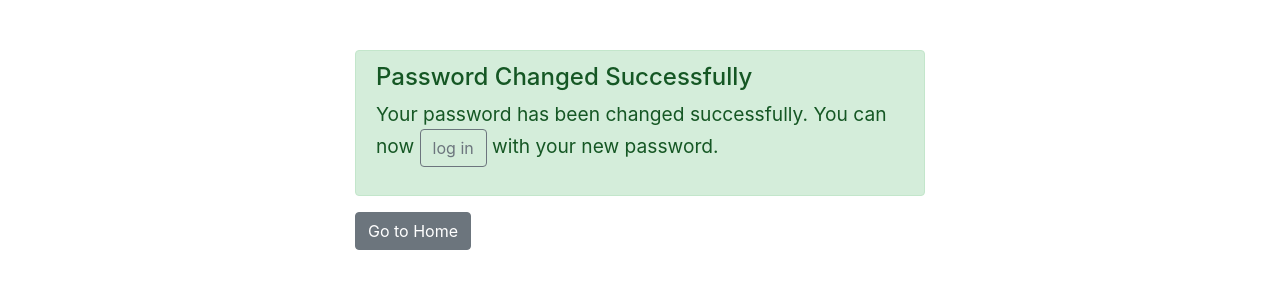
Repository: nyeinsu4520/tourland
Page: http://localhost/password-changed
These files come from the project's save history. The page is drawn as it stood at one moment and after the next save; the edit follows.
The browser window is 1280 px wide. The pictures show the whole page.
The page is this project's Thymeleaf template; nobody is signed in. The template is opened directly, without the code that normally fills it, so the values that code supplies are empty.

Above is the page before, as saved 2024-07-19 10:09:41.

### Tourland/src/main/resources/templates/password-changed.html
<!DOCTYPE html>
<html xmlns:th="http://www.thymeleaf.org">
<head>
    <title>Password Changed</title>
    <!-- Bootstrap CSS -->
    <link href="https://stackpath.bootstrapcdn.com/bootstrap/4.3.1/css/bootstrap.min.css" rel="stylesheet">
    <!-- Custom CSS for additional styling -->
    <style>
        .container {
            max-width: 600px;
            margin-top: 50px;
        }
        .alert-success {
            font-size: 1.2em;
        }
    </style>
</head>
<body>
    <div class="container">
        <div class="alert alert-success" role="alert">
            <h4 class="alert-heading">Password Changed Successfully</h4>
            <p>Your password has been changed successfully. You can now  <a th:href="@{/login}" class="btn btn-outline-secondary">log in</a> with your new password.</p>
        </div>
        <a th:href="@{/}" class="btn btn-secondary">Go to Home</a>
    </div>
    <!-- Bootstrap JS, Popper.js, and jQuery -->
    <script src="https://code.jquery.com/jquery-3.3.1.slim.min.js"></script>
    <script src="https://cdnjs.cloudflare.com/ajax/libs/popper.js/1.14.7/umd/popper.min.js"></script>
    <script src="https://stackpath.bootstrapcdn.com/bootstrap/4.3.1/js/bootstrap.min.js"></script>
</body>
</html>

After the next save:
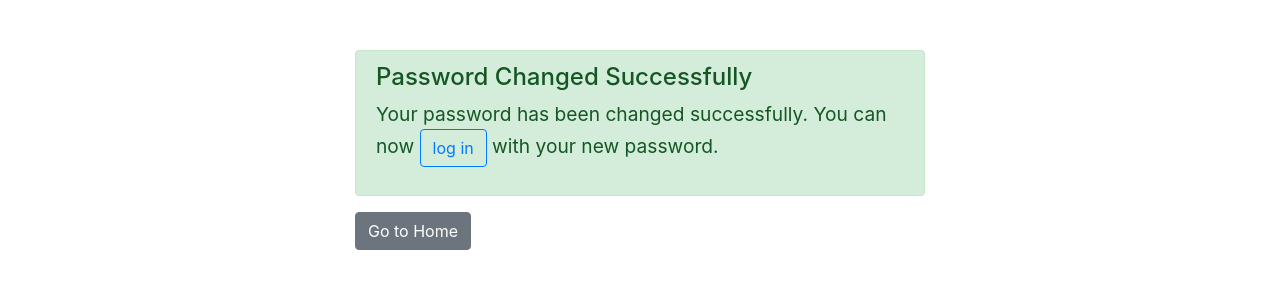
Saved 15 s later.
--- a/Tourland/src/main/resources/templates/password-changed.html
+++ b/Tourland/src/main/resources/templates/password-changed.html
@@ -19,7 +19,7 @@
     <div class="container">
         <div class="alert alert-success" role="alert">
             <h4 class="alert-heading">Password Changed Successfully</h4>
-            <p>Your password has been changed successfully. You can now  <a th:href="@{/login}" class="btn btn-outline-secondary">log in</a> with your new password.</p>
+            <p>Your password has been changed successfully. You can now  <a th:href="@{/login}" class="btn btn-outline-primary">log in</a> with your new password.</p>
         </div>
         <a th:href="@{/}" class="btn btn-secondary">Go to Home</a>
     </div>
